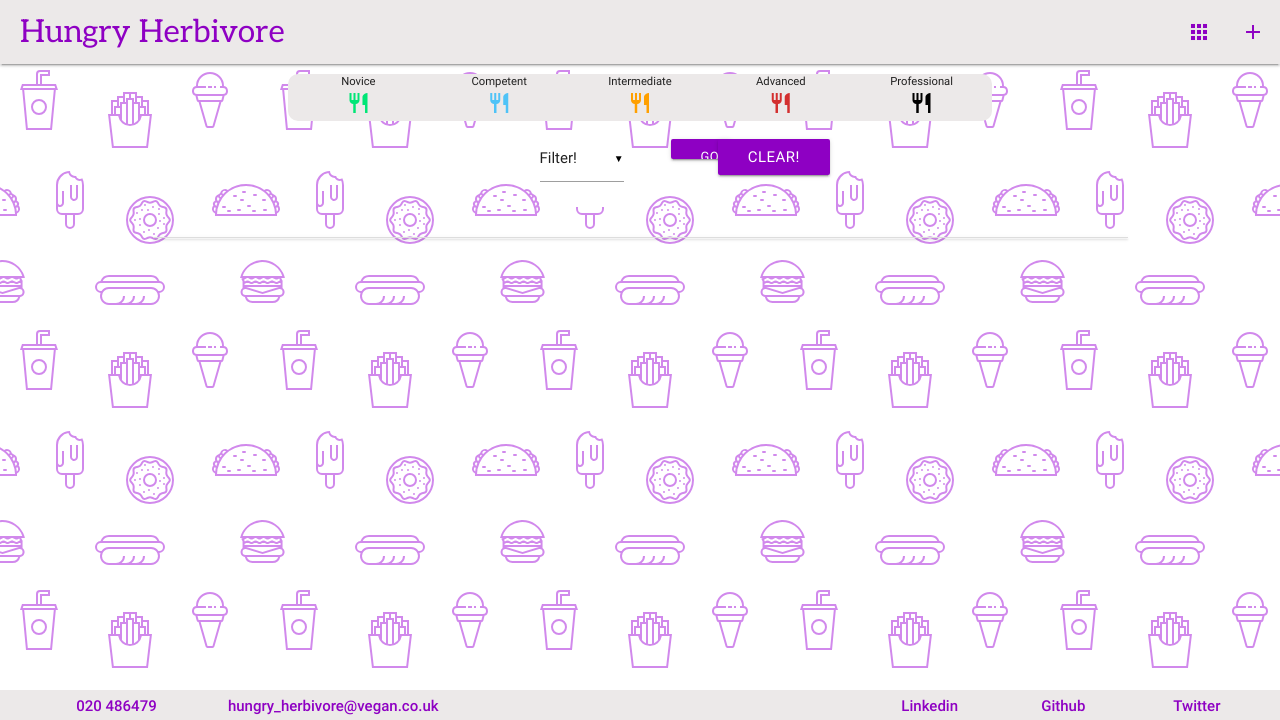
Repository: tgarratt/HungryHerbivore-Milestone3
Page: templates/recipes.html
The author's editor kept a record of every edit. The page is drawn from the files as they stood at one moment, then again after the next edit.
The browser window is 1280 px wide. The pictures show the whole page.
The template is drawn by Flask 3. The application's start-up code is not run. The template is opened directly, without the code that normally fills it, so the values that code supplies are empty.

Above is the page before.

After the next edit:
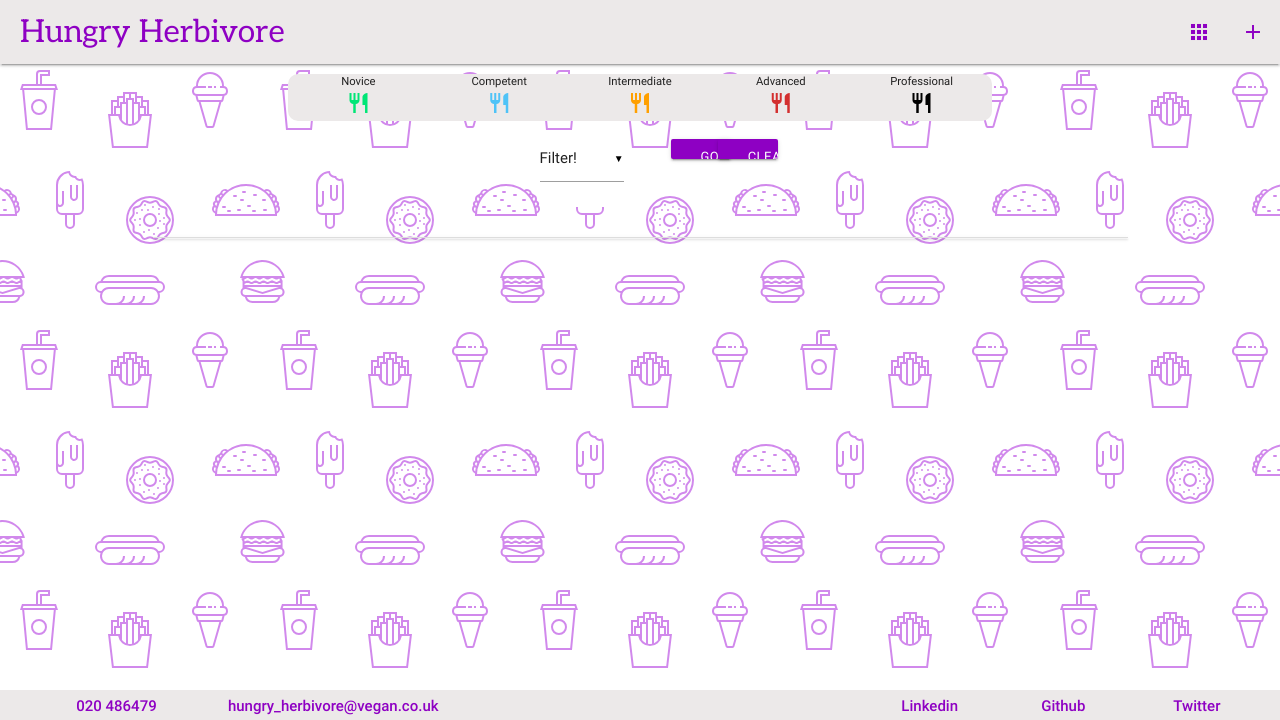
The edit:
--- a/templates/recipes.html
+++ b/templates/recipes.html
@@ -43,8 +43,8 @@
                 <div class="col m6">
                     <button class="btn waves-effect waves-light buttons buttons-hover search-button" type="submit" name="action">Go!</button>
                 </div>
-                <div class="search-button buttons-hover col m6">
-                    <a href="{{url_for('get_recipes')}}" class="waves-effect waves-light btn buttons buttons-hove search-buttonr">Clear!</a>
+                <div class="col m6">
+                    <a href="{{url_for('get_recipes')}}" class="waves-effect waves-light btn buttons buttons-hover search-button">Clear!</a>
                 </div>
             </div>
         </form>
